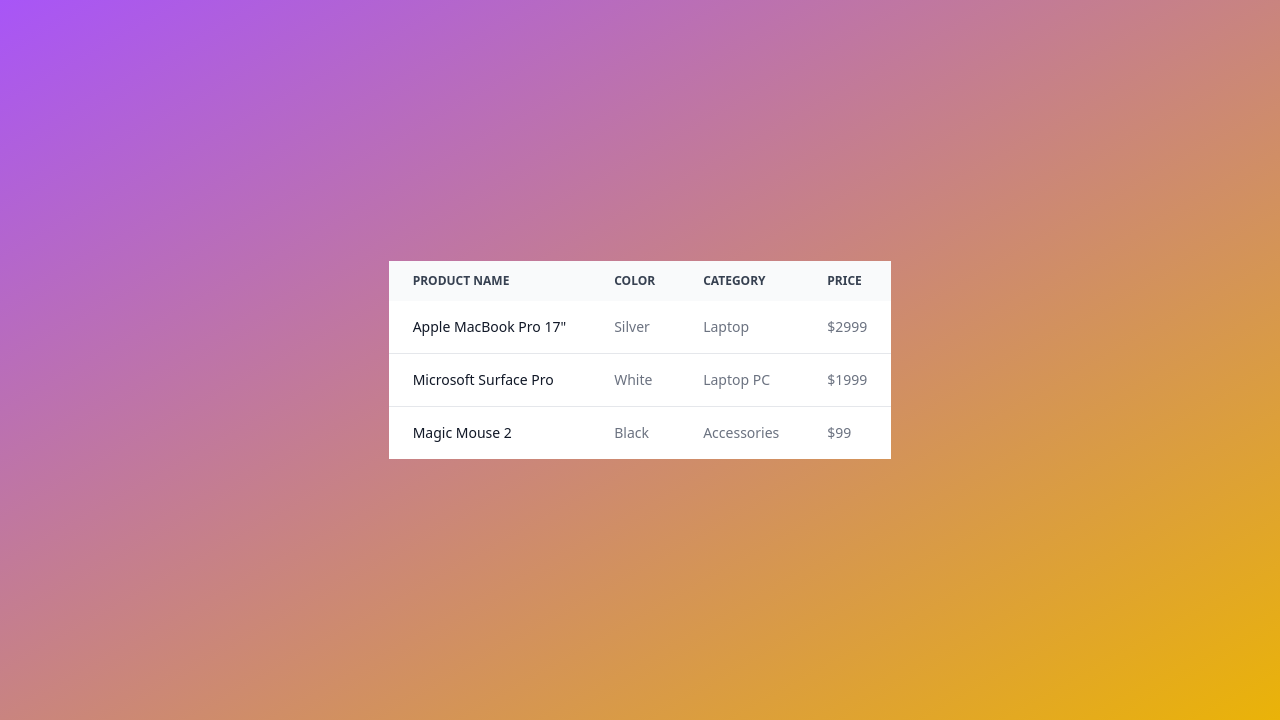
Repository: theanmol-raj/2010080029
Page: /
The author's editor kept a copy of each file at every save. The page is drawn from the files as they stood at one save, then again after the next save.
The browser window is 1280 px wide. The pictures show the whole page.
The project was rebuilt for these pictures with package versions that can differ from the ones it lists, and the page was loaded fresh each time.

Above is the page before, as saved 2023-04-29 20:41:16.

After the next save:
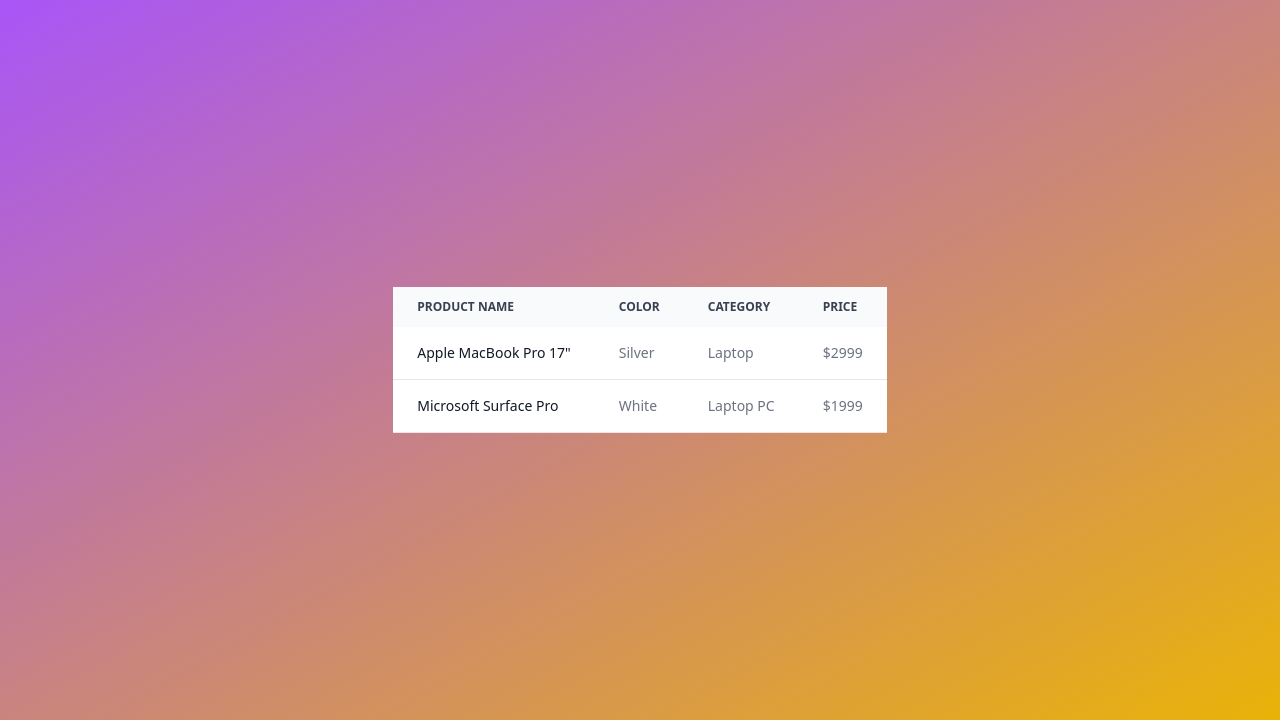
Saved 19 s later.
--- a/src/components/TrainINfo.jsx
+++ b/src/components/TrainINfo.jsx
@@ -1,6 +1,6 @@
 import React from "react";
 
-function TrainINfo() {
+function TrainINfo({data}) {
   return (
     <div className=" flex justify-center items-center h-screen bg-gradient-to-br from-purple-500 to-yellow-500">
       {" "}
@@ -46,17 +46,7 @@
                 <td class="px-6 py-4">Laptop PC</td>
                 <td class="px-6 py-4">$1999</td>
               </tr>
-              <tr class="bg-white dark:bg-gray-800">
-                <th
-                  scope="row"
-                  class="px-6 py-4 font-medium text-gray-900 whitespace-nowrap dark:text-white"
-                >
-                  Magic Mouse 2
-                </th>
-                <td class="px-6 py-4">Black</td>
-                <td class="px-6 py-4">Accessories</td>
-                <td class="px-6 py-4">$99</td>
-              </tr>
+
             </tbody>
           </table>
         </div>
